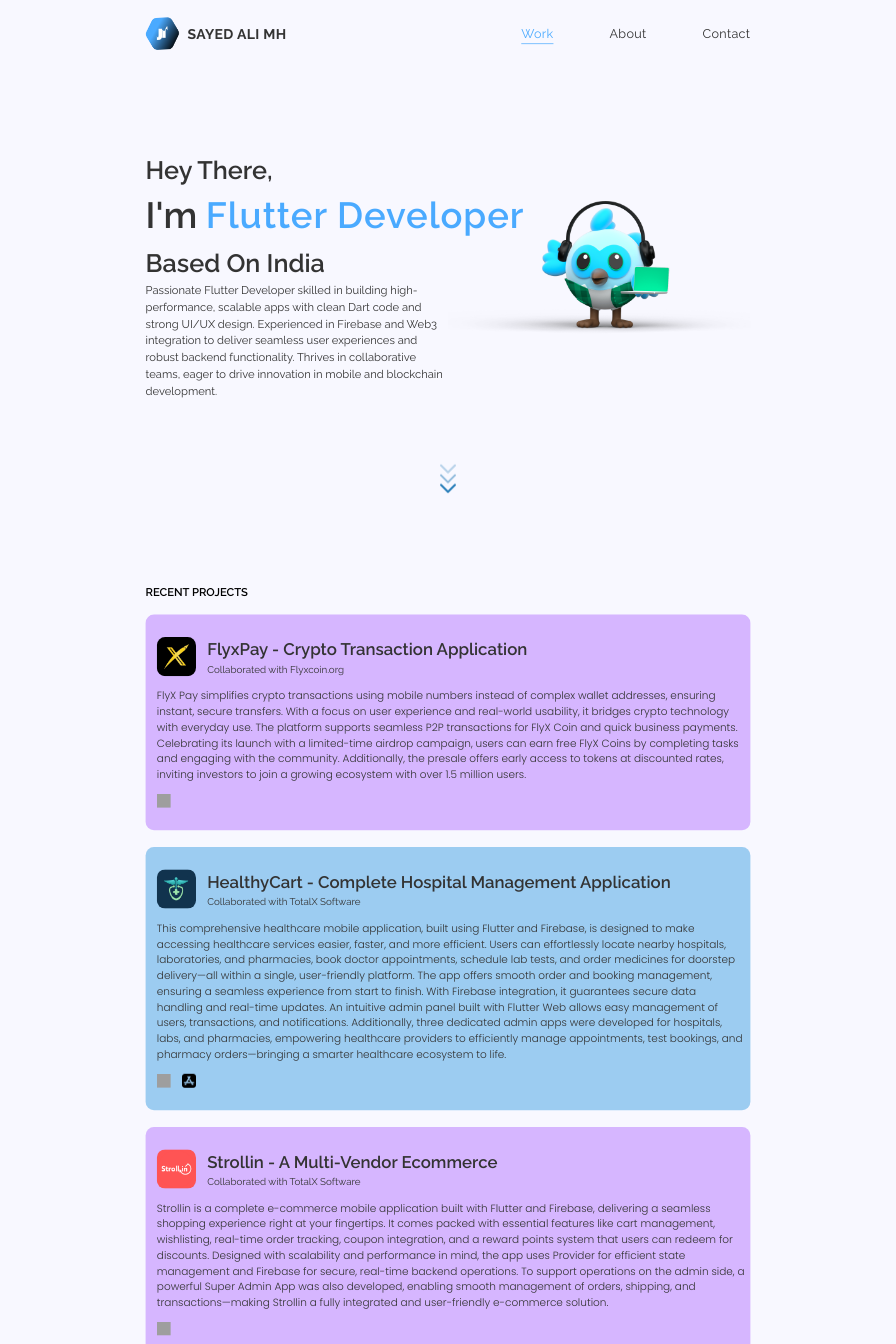
Repository: sayedali-2129/sayedali-portfolio
Page: /
An editor plug-in stored every save of this project. The page is shown before and after the next save, followed by the edit.
The browser window is 1280 px wide. The pictures show the part of the page from y = 0 to 1920 px (the page is 3045 px tall), at 70% of full size.
Pictures or frames that could not be fetched are drawn as grey boxes. The project was rebuilt for these pictures with package versions that can differ from the ones it lists, and the page was loaded fresh each time. The framework's server and built-in components were replaced by stand-ins that run in the browser. Also part of the build but not shown: next.config.ts.

Above is the page before, as saved 2025-05-20 11:42:19.

### src/features/home/presentation/Home.tsx
import dynamic from "next/dynamic";

const NavBar = dynamic(() => import("../components/NavBar"), { ssr: true });
const ProfileBody = dynamic(() => import("../components/ProfileBody"), {
  ssr: true,
});
const RecentWorks = dynamic(() => import("../components/RecentWorks"), {
  ssr: true,
});

function Home() {
  return (
    <div className="overflow-hidden">
      <NavBar />
      <ProfileBody />
      <RecentWorks />
    </div>
  );
}

export default Home;

### src/features/home/components/NavBar.tsx
"use client";

import CloseIcon from "@/assets/icons/close-icon.png";
import Logo from "@/assets/icons/logo.png";
import MenuIcon from "@/assets/icons/menu.png";
import Image from "next/image";
import Link from "next/link";
import { usePathname } from "next/navigation";
import { useEffect, useState } from "react";

export default function NavBar() {
  const [showMenu, setShowMenu] = useState(false);
  const [mounted, setMounted] = useState(false);
  const pathname = usePathname();

  useEffect(() => {
    setMounted(true);
  }, []);

  const openMenu = () => {
    setShowMenu(!showMenu);
  };

  const navBarItemClass =
    "text-TextColor sm:font-RalewayRegular sm:text-lg text-[16px] font-RalewaySemiBold tracking-wide hover:cursor-pointer hover:text-TextBlue";

  return (
    <div className="z-50 md:h-24 h-20 w-full bg-BackGroundColor fixed xl:px-52 md:px-32 sm:px-16 px-4 flex flex-row items-center justify-between">
      <ul className="flex gap-2 items-center">
        <li>
          <Link href="/">
            <Image
              src={Logo}
              alt="SAYED ALI MH LOGO"
              className="md:h-12 md:w-12 h-10 w-10"
            />
          </Link>
        </li>
        <li>
          <Link
            href="/"
            className="ml-1 text-TextColor md:text-xl text-[16px] font-RalewayBold tracking-wide"
          >
            SAYED ALI MH
          </Link>
        </li>
      </ul>

      <ul className="hidden sm:flex flex-row xl:gap-20 md:gap-14 sm:gap-9">
        <li>
          <Link
            href="/"
            className={`${
              pathname === "/"
                ? "text-TextBlue underline underline-offset-8"
                : "text-TextColor"
            } sm:font-RalewayRegular sm:text-lg text-[16px] font-RalewaySemiBold tracking-wide hover:cursor-pointer hover:text-TextBlue`}
          >
            Work
          </Link>
        </li>

        <li>
          <Link
            href="/about"
            className={`${
              pathname === "/about"
                ? "text-TextBlue underline underline-offset-8"
                : "text-TextColor"
            } sm:font-RalewayRegular sm:text-lg text-[16px] font-RalewaySemiBold tracking-wide hover:cursor-pointer hover:text-TextBlue`}
          >
            About
          </Link>
        </li>

        <li>
          <a
            href="mailto:sayedalimh@gmail.com"
            target="_blank"
            rel="noopener noreferrer"
            className={navBarItemClass}
          >
            Contact
          </a>
        </li>
      </ul>
      <Image
        src={MenuIcon}
        alt="Menu Icon"
        onClick={openMenu}
        className="flex sm:hidden h-8 w-8 hover:cursor-pointer"
      />
      {mounted && (
        <>
          <div
            className={`fixed inset-0 bg-black/50 transition-opacity duration-300 sm:hidden ${
              showMenu ? "opacity-100" : "opacity-0 pointer-events-none"
            }`}
            onClick={openMenu}
          />
          <div
            className={`z-50 flex sm:hidden flex-col gap-2 rounded-xl absolute top-24 left-1/2 transform -translate-x-1/2 bg-BackGroundColor p-3 w-60 items-center transition-all duration-300 ${
              showMenu
                ? "opacity-100 translate-y-0"
                : "opacity-0 -translate-y-4 pointer-events-none"
            }`}
          >
            <div className="flex flex-row justify-end w-full">
              <Image
                src={CloseIcon}
                alt="Menu Close Icon"
                onClick={openMenu}
                className="h-6 w-6 hover:cursor-pointer"
              />
            </div>
            <Link href="/" className={navBarItemClass}>
              Work
            </Link>
            <Link href="/about" className={navBarItemClass}>
              About
            </Link>
            <a
              href="mailto:sayedalimh@gmail.com"
              target="_blank"
              rel="noopener noreferrer"
              className={navBarItemClass}
            >
              Contact
            </a>
          </div>
        </>
      )}
    </div>
  );
}

### src/features/home/components/ProfileBody.tsx
"use client";

import FlutterImg from "@/assets/images/flutter-bird.png";
import ScrollDownLottie from "@/assets/lottie/scroll-down.json";
import Lottie from "lottie-react";
import Image from "next/image";
import { useEffect, useState } from "react";
import RotatingText from "./RotatingText";

export default function ProfileBody() {
  const [mounted, setMounted] = useState(false);

  useEffect(() => {
    setMounted(true);
  }, []);

  return (
    <>
      <div className="md:mt-32 mt-24 xl:px-52 md:px-20 sm:px-12 px-2 flex flex-wrap items-center justify-center">
        <div className="md:w-1/2 w-full order-2 md:order-1 md:h-[530px] h-80 flex flex-col justify-center">
          <h2 className="xl:text-[36px] md:text-[30px] text-[26px] text-TextColor font-RalewaySemiBold">
            Hey There,
          </h2>

          <ul className="flex flex-row items-start gap-3 md:h-20 h-14">
            <li>
              <h2 className="xl:text-[52px] md:text-[45px] sm:text-[39px] text-[34px] text-TextColor font-RalewaySemiBold">
                I'm
              </h2>
            </li>
            <li>
              <RotatingText />
            </li>
          </ul>
          <h3 className="text-[36px] text-TextColor font-RalewaySemiBold">
            Based On India
          </h3>
          <p className="text-TextColor font-RalewayRegular pb-24 md:pb-0">
            Passionate Flutter Developer skilled in building high-performance,
            scalable apps with clean Dart code and strong UI/UX design.
            Experienced in Firebase and Web3 integration to deliver seamless
            user experiences and robust backend functionality. Thrives in
            collaborative teams, eager to drive innovation in mobile and
            blockchain development.
          </p>
        </div>
        <div className="md:w-1/2 order-1 md:order-2 md:h-[530px] h-72 pb-16 pt-6 justify-center items-center">
          <Image
            src={FlutterImg}
            alt="Flutter Developer"
            className="h-full w-full object-contain"
          />
        </div>
      </div>

      {mounted && (
        <Lottie
          animationData={ScrollDownLottie}
          loop={true}
          autoplay={true}
          className="md:h-12 h-10"
        />
      )}
    </>
  );
}

### src/features/home/components/RecentWorks.tsx
import recentWorks from "../data/RecentWorksData";
import RecentWorkFrame from "./RecentWorkFrame";

export default function RecentWorks() {
  return (
    <div className="md:mt-32 mt-16 xl:px-52 md:px-20 sm:px-12 px-2 pb-16">
      <div className="flex flex-col items-center justify-center gap-6">
        <div className="xl:w-full flex flex-row h-5 justify-start items-start w-full">
          <h4 className="font-RalewaySemiBold ">RECENT PROJECTS</h4>
        </div>
        {recentWorks.map((work, index) => (
          <RecentWorkFrame
            key={index}
            title={work.title}
            description={work.description}
            image={work.image.src}
            color={work.color}
            playstoreLink={work.playstoreLink}
            appstoreLink={work.appstoreLink}
            collabWith={work.collabWith}
          />
        ))}
      </div>
    </div>
  );
}

### src/features/home/components/RotatingText.tsx
"use client";

import { AnimatePresence, motion } from "framer-motion";
import { useEffect, useState } from "react";

export default function RotatingText() {
  const TEXTS = ["Sayed Ali MH", "Flutter Developer"];
  const [index, setIndex] = useState(0);

  useEffect(() => {
    const intervalId = setInterval(() => {
      setIndex((prev) => (prev + 1) % TEXTS.length);
    }, 3000);
    return () => clearInterval(intervalId);
  }, []);

  return (
    <div>
      <AnimatePresence mode="wait">
        <motion.span
          key={TEXTS[index]} // important for re-render
          initial={{ opacity: 0, y: 4 }}
          animate={{ opacity: 1, y: 0 }}
          exit={{ opacity: 0, y: -5 }}
          transition={{ duration: 0.5 }}
          className="xl:text-[52px] md:text-[45px] sm:text-[39px] text-[34px] font-RalewaySemiBold tracking-wide text-TextBlue absolute"
        >
          {TEXTS[index]}
        </motion.span>
      </AnimatePresence>
    </div>
  );
}

### src/features/home/data/RecentWorksData.js
import chahel from "@/assets/images/works/chahel.jpg";
import flyx from "@/assets/images/works/flyx.png";
import healthyCart from "@/assets/images/works/healthycart.png";
import kurikkal from "@/assets/images/works/kurikkal.jpg";
import sayidCj from "@/assets/images/works/sayidCj.jpg";
import strollin from "@/assets/images/works/strollin.png";

const recentWorks = [
  {
    index: 0,
    title: "FlyxPay - Crypto Transaction Application",
    collabWith: "Flyxcoin.org",
    description:
      "FlyX Pay simplifies crypto transactions using mobile numbers instead of complex wallet addresses, ensuring instant, secure transfers. With a focus on user experience and real-world usability, it bridges crypto technology with everyday use. The platform supports seamless P2P transactions for FlyX Coin and quick business payments. Celebrating its launch with a limited-time airdrop campaign, users can earn free FlyX Coins by completing tasks and engaging with the community. Additionally, the presale offers early access to tokens at discounted rates, inviting investors to join a growing ecosystem with over 1.5 million users. ",
    image: flyx,
    color: "#D6B6FF",
    playstoreLink: "https://play.google.com/store/apps/details?id=com.flyx.pay",
    appstoreLink: undefined,
  },
  {
    index: 1,
    title: "HealthyCart - Complete Hospital Management Application",
    description:
      "This comprehensive healthcare mobile application, built using Flutter and Firebase, is designed to make accessing healthcare services easier, faster, and more efficient. Users can effortlessly locate nearby hospitals, laboratories, and pharmacies, book doctor appointments, schedule lab tests, and order medicines for doorstep delivery—all within a single, user-friendly platform. The app offers smooth order and booking management, ensuring a seamless experience from start to finish. With Firebase integration, it guarantees secure data handling and real-time updates. An intuitive admin panel built with Flutter Web allows easy management of users, transactions, and notifications. Additionally, three dedicated admin apps were developed for hospitals, labs, and pharmacies, empowering healthcare providers to efficiently manage appointments, test bookings, and pharmacy orders—bringing a smarter healthcare ecosystem to life.",
    collabWith: "TotalX Software",
    image: healthyCart,
    color: "#9CCCF1",
    playstoreLink:
      "https://play.google.com/store/apps/details?id=com.healthy_cart_user",
    appstoreLink: "https://apps.apple.com/in/app/healthy-cart/id6740842513",
  },
  {
    index: 2,
    title: "Strollin - A Multi-Vendor Ecommerce",
    description:
      "Strollin is a complete e-commerce mobile application built with Flutter and Firebase, delivering a seamless shopping experience right at your fingertips. It comes packed with essential features like cart management, wishlisting, real-time order tracking, coupon integration, and a reward points system that users can redeem for discounts. Designed with scalability and performance in mind, the app uses Provider for efficient state management and Firebase for secure, real-time backend operations. To support operations on the admin side, a powerful Super Admin App was also developed, enabling smooth management of orders, shipping, and transactions—making Strollin a fully integrated and user-friendly e-commerce solution.",
    collabWith: "TotalX Software",
    image: strollin,
    color: "#D6B6FF",
    playstoreLink: "https://play.google.com/store/apps/details?id=com.strollin",
    appstoreLink: undefined,
  },
  {
    index: 3,
    title: "Sayid CJ - Video Streaming and Chat Mobile App",
    description:
      "Sayid CJ is an educational app developed under Total X Softwares, crafted to empower learners with practical and impactful training in business accounting, taxation, and personal development. The app features high-quality video lessons, downloadable PDFs for offline access, and an interactive chat system that supports voice, image, and text communication with admins—creating an engaging and supportive learning environment. Learners can mark lessons as favorites for easy reference, ensuring a personalized experience. Built with Flutter, powered by Firebase, and managed using Provider for smooth performance, Tasc By Sayid CJ brings flexible, accessible, and career-focused learning to your fingertips.",
    collabWith: "TotalX Software",
    image: sayidCj,
    color: "#9CCCF1",
    playstoreLink: "https://play.google.com/store/apps/details?id=com.sayidcj",
    appstoreLink:
      "https://apps.apple.com/us/app/tasc-buz-powered-by-sayid-cj/id6738337961",
  },
  {
    index: 4,
    title: "Kurikkal - An Ecommerce Application",
    description:
      "Kurikkal Business Park is a wholesale e-commerce mobile application built with Flutter and Firebase. It comes with essential features like cart management, wishlisting, real-time order tracking, credit and wallet option. Designed with scalability and performance in mind, the app uses Provider for efficient state management and Firebase for secure, real-time backend operations. To support operations on the admin side, a powerful Super Admin App was also developed, enabling smooth management of orders, shipping, and transactions—making Kurikkal a fully integrated and user-friendly e-commerce solution.",
    collabWith: "TotalX Software",
    image: kurikkal,
    color: "#D6B6FF",
    playstoreLink:
      "https://play.google.com/store/apps/details?id=com.kurikkalBusinessPark",
    appstoreLink: undefined,
  },
  {
    index: 5,
    title: "Chahel - Education Video Streaming Application",
    description:
      "Chahel – The e-Learning App is a comprehensive mobile and web-based solution designed to enhance the student learning experience across Android, iOS, and web platforms. Built using Flutter. Chahel offers a smooth, responsive interface tailored for modern learners. The app features engaging video lessons that make complex subjects easy to understand, downloadable PDF notes for offline study, and interactive quizzes to reinforce knowledge retention. With a dedicated admin web panel for efficient content and user management, Chahel is more than just a learning app—it’s a complete educational companion built to support students anytime, anywhere.",
    collabWith: "TotalX Software",
    image: chahel,
    color: "#9CCCF1",
    playstoreLink:
      "http://play.google.com/store/apps/details?id=com.chahel_learning",
    appstoreLink: undefined,
  },
];

export default recentWorks;

### src/features/home/components/RecentWorkFrame.tsx
"use client";

import appstore from "@/assets/icons/appstore.png";
import playstore from "@/assets/icons/playstore.png";
import { motion, useInView } from "framer-motion";
import Image from "next/image";
import { useRef } from "react";

interface RecentWorkFrameProps {
  title: string;
  description: string;
  image: string;
  color: string;
  playstoreLink: string | undefined;
  appstoreLink: string | undefined;
  collabWith: string;
}

export default function RecentWorkFrame({
  title,
  description,
  image,
  color,
  playstoreLink,
  appstoreLink,
  collabWith,
}: RecentWorkFrameProps) {
  const ref = useRef(null);
  const isInView = useInView(ref, { once: true, margin: "-100px" });

  return (
    <motion.div
      ref={ref}
      initial={{ opacity: 0, x: 100 }}
      animate={isInView ? { opacity: 1, x: 0 } : { opacity: 0, x: 100 }}
      transition={{ duration: 0.5, ease: "easeOut" }}
      className="md:w-full w-full py-8 flex flex-col gap-4 pl-4 pr-2 rounded-xl"
      style={{ backgroundColor: color }}
    >
      <div className="flex flex-row items-start">
        <Image
          src={image}
          alt={title}
          width={56}
          height={56}
          className="md:h-14 h-12 rounded-xl object-contain"
        />
        <ul className="flex flex-col justify-center px-4">
          <li>
            <h4 className="font-RalewaySemiBold md:text-[24px] text-[16px] text-TextColor">
              {title}
            </h4>
          </li>
          <li>
            <p className="font-RalewayRegular md:text-[14px] text-[11px] text-TextColor">
              Collaborated with {collabWith}
            </p>
          </li>
        </ul>
      </div>

      <div className="w-full">
        <p className="font-PoppinsLight  md:text-[15px] text-[12px] text-TextColor">
          {description}
        </p>
      </div>
      <div className="flex flex-row gap-4">
        <a href={playstoreLink} target="_blank" rel="noopener noreferrer">
          <Image
            src={playstore}
            alt="playstore"
            width={20}
            height={20}
            className="md:w-5 md:h-5 w-4 h-4"
          />
        </a>
        {appstoreLink !== undefined && (
          <a href={appstoreLink} target="_blank" rel="noopener noreferrer">
            <Image
              src={appstore}
              alt="appstore"
              width={20}
              height={20}
              className="md:w-5 md:h-5 w-4 h-4"
            />
          </a>
        )}
      </div>
    </motion.div>
  );
}

// SLIDE UPTO CENTER

// "use client";

// import appstore from "@/assets/icons/appstore.png";
// import playstore from "@/assets/icons/playstore.png";
// import { motion, useInView } from "framer-motion";
// import { useRef } from "react";

// interface RecentWorkFrameProps {
//   title: string;
//   description: string;
//   image: string;
//   color: string;
//   playstoreLink: string | undefined;
//   appstoreLink: string | undefined;
//   collabWith: string;
// }

// export default function RecentWorkFrame({
//   title,
//   description,
//   image,
//   color,
//   playstoreLink,
//   appstoreLink,
//   collabWith,
// }: RecentWorkFrameProps) {
//   const ref = useRef(null);
//   const isInView = useInView(ref, { once: true, margin: "-100px" });

//   return (
//     <motion.div
//       ref={ref}
//       initial={{ opacity: 0, y: 50 }}
//       animate={isInView ? { opacity: 1, y: 0 } : { opacity: 0, y: 50 }}
//       transition={{ duration: 0.5, ease: "easeOut" }}
//       className="md:w-full w-full py-8 flex flex-col gap-4 pl-4 pr-2 rounded-xl"
//       style={{ backgroundColor: color }}
//     >
//       <div className="flex flex-row items-start">
//         <img src={image} alt={title} className="md:h-14 h-12 rounded-xl" />
//         <ul className="flex flex-col justify-center px-4">
//           <li>
//             <h4 className="font-RalewaySemiBold md:text-[24px] text-[16px] text-TextColor">
//               {title}
//             </h4>
//           </li>
//           <li>
//             <p className="font-RalewayRegular md:text-[14px] text-[11px] text-TextColor">
//               Collaborated with {collabWith}
//             </p>
//           </li>
//         </ul>
//       </div>

//       <div className="w-full">
//         <p className="font-PoppinsLight  md:text-[15px] text-[12px] text-TextColor">
//           {description}
//         </p>
//       </div>
//       <div className="flex flex-row gap-4">
//         <a href={playstoreLink} target="_blank" rel="noopener noreferrer">
//           <img
//             src={playstore.src}
//             alt="playstore"
//             className="md:w-5 md:h-5 w-4 h-4"
//           />
//         </a>
//         {appstoreLink !== undefined && (
//           <a href={appstoreLink} target="_blank" rel="noopener noreferrer">
//             <img
//               src={appstore.src}
//               alt="appstore"
//               className="md:w-5 md:h-5 w-4 h-4"
//             />
//           </a>
//         )}
//       </div>
//     </motion.div>
//   );
// }

Loaded but not shown: src/app/layout.tsx (common file); src/app/page.tsx (common file); src/app/globals.css (common file); src/assets/lottie/scroll-down.json (1 lines, source omitted)

After the next save:
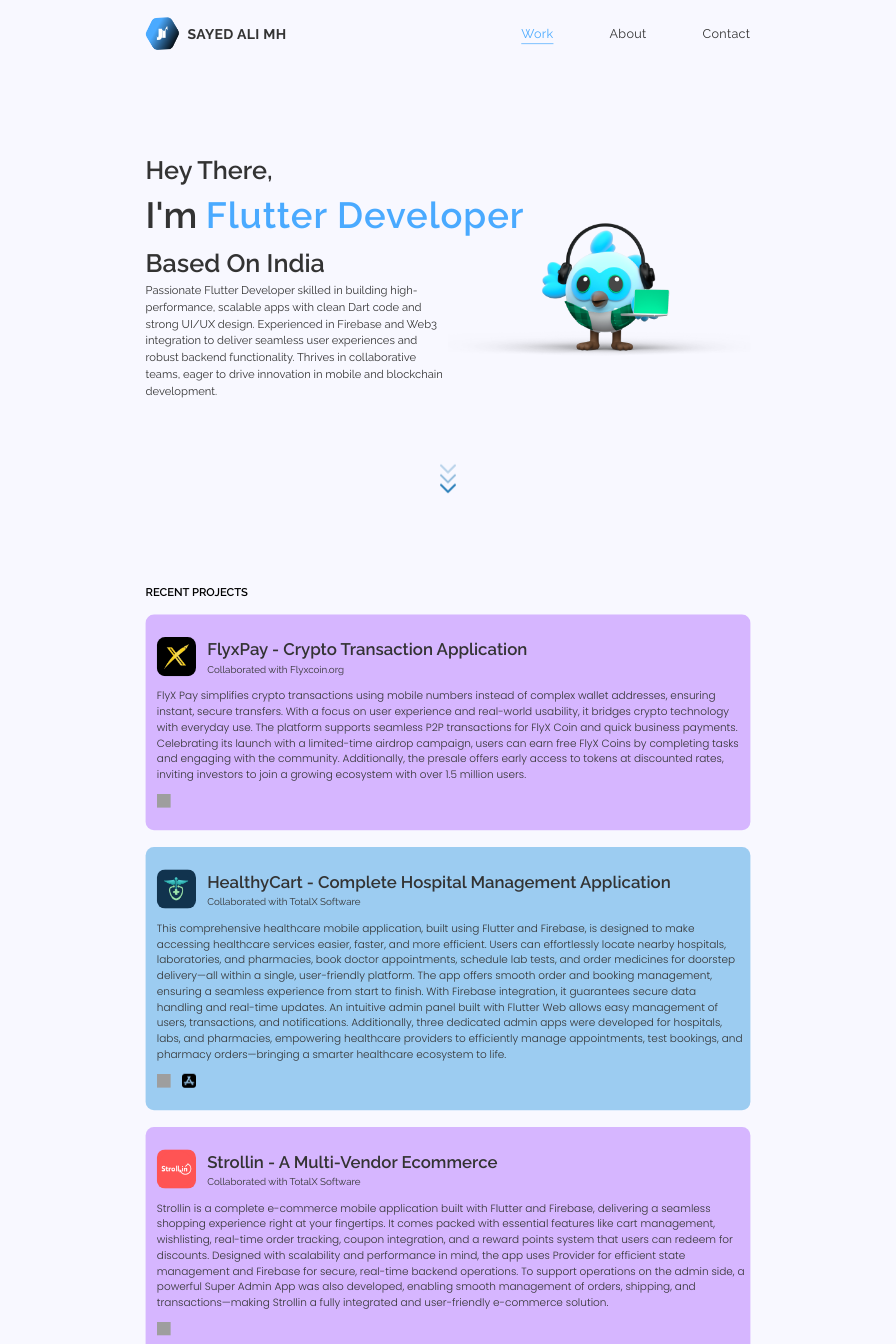
Saved 9 s later.
--- a/src/features/home/components/ProfileBody.tsx
+++ b/src/features/home/components/ProfileBody.tsx
@@ -44,7 +44,7 @@
             blockchain development.
           </p>
         </div>
-        <div className="md:w-1/2 order-1 md:order-2 md:h-[530px] h-72 pb-16 pt-6 justify-center items-center">
+        <div className="md:w-1/2 order-1 md:order-2 md:h-[530px] h-72 pb-16 md:pb-0 pt-6 justify-center items-center">
           <Image
             src={FlutterImg}
             alt="Flutter Developer"
